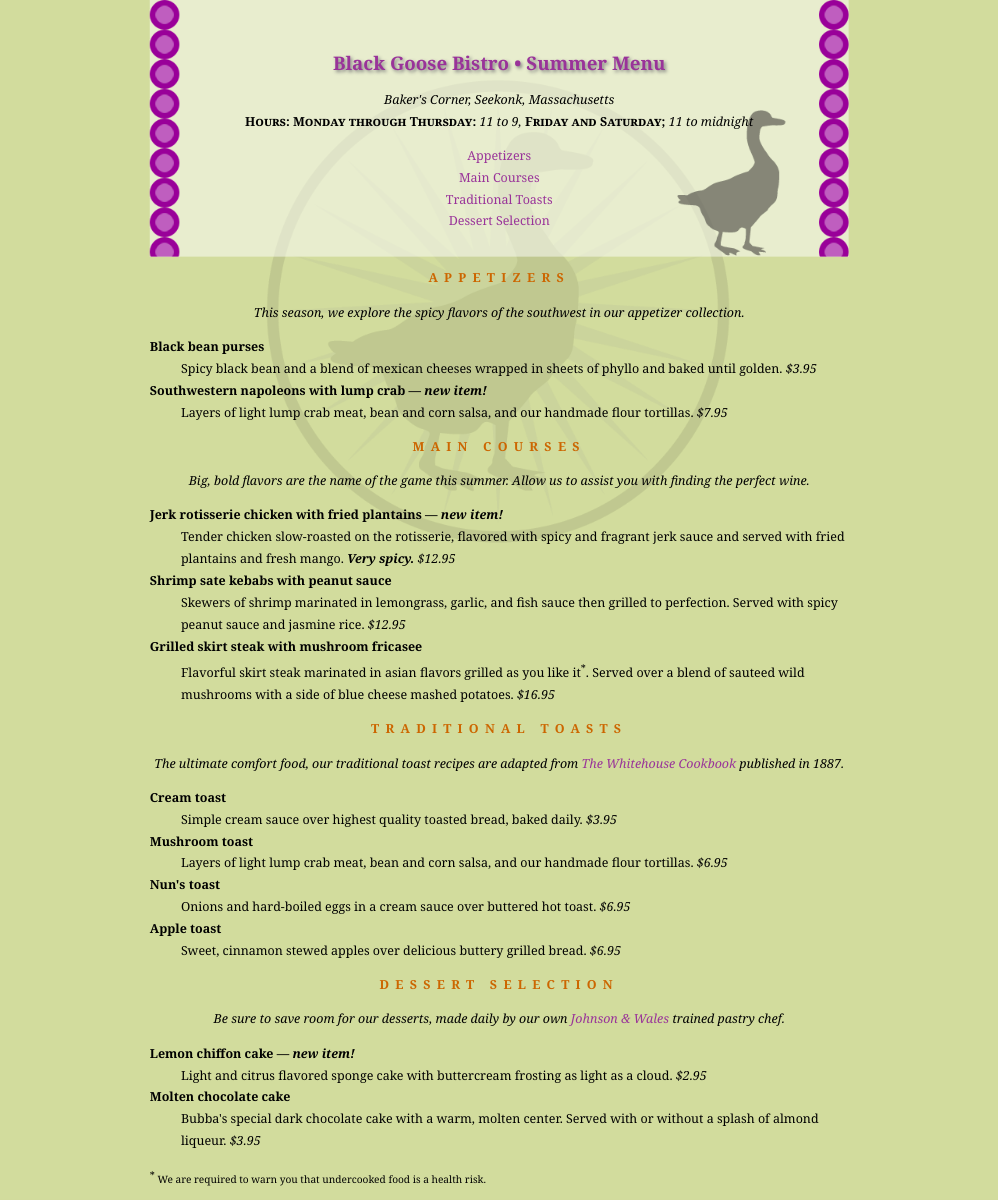
Repository: Colo-Codes/code-practice
Page: 02-css-practice-3.html
An editor plug-in stored every save of this project. The page is shown before and after the next save, followed by the edit.
The browser window is 1280 px wide. The pictures show the whole page, at 78% of full size.
Backgrounds fixed to the window are drawn as part of the page. Some web fonts or font styles are not loaded; a fallback is used.

Above is the page before, as saved 2021-05-10 12:46:41.

### 02-css-practice-3.html
<!DOCTYPE html >
<html>

<head>
<meta charset="utf-8">
<title>Black Goose Bistro Summer Menu</title>
<link href='http://fonts.googleapis.com/css?family=Marko+One' rel='stylesheet' type='text/css'>
<style>
body {
  font-family: Georgia, serif;
  font-size: 100%;
  line-height: 175%;
  margin: 0 15% 0;
  /* background-color: #d2dc9d; */
  /* background-image: url(./assets/img/bullseye.png);
  background-position: center 200px; */
  /* background-image: url(./assets/img/blackgoose.png);
  background-repeat: no-repeat;
  background-position: center 100px;
  background-attachment: fixed; */
  background: url(./assets/img/blackgoose.png) no-repeat center 100px fixed #d2dc9d;
}
header {
  margin-top: 0;
  padding: 3em 1em 2em 1em;
  text-align: center;
  /* background-color: rgba(255, 255, 255, .5);
  background-image: url(./assets/img/purpledot.png);
  background-repeat: space no-repeat;
  background-position: center top; */
  /* background: url(./assets/img/purpledot.png) space no-repeat center top rgba(255, 255, 255, .5); */
  background: url(./assets/img/purpledot.png) center top repeat-x; /* Fallback */
  background:
    url(./assets/img/purpledot.png) left top repeat-y,
    url(./assets/img/purpledot.png) right top repeat-y,
    url(./assets/img/goose_shadow.png) 90% bottom no-repeat;
  background-color: rgba(255, 255, 255, .5);
}

/* For link, the order is important */
a {
  text-decoration: none;
  color: #939;
}
a:visited {
  color: #937393;
}
a:focus {
  color: #c700f2;
  background-color: #fff;
}
a:hover {
  color: #c700f2;
  background-color: #fff;
}
a:active {
  color: #f0f;
  background-color: rgba(255, 255, 255, .5);
}


h1 {
  font: bold 1.5em Georgia, serif;
  text-shadow: .1em .1em .2em gray;
  color: #939;
}
h2 {
  font-size: 1em;
  text-transform: uppercase;
  letter-spacing: .5em;
  text-align: center;
  color: #c60;
}
dt {
  font-weight: bold;
}
strong {
  font-style: italic;
}
ul {
	list-style-type: none;
	margin: 0;
	padding: 0;
}
#info p {
  font-style: italic;
}
.price {
  font-family: Georgia, serif;
  font-style: italic;
}
p.warning, sup {
  font-size: small;
}
.label {
  font-weight: bold;
  font-variant: small-caps;
  font-style: normal;
}

h2 + p {
  text-align: center;
  font-style: italic;
}


</style>
</head>

<body>

<header>
<h1>Black Goose Bistro &bull; Summer Menu</h1>

<div id="info">
<p>Baker's Corner, Seekonk, Massachusetts<br>
<span class="label">Hours: Monday through Thursday:</span> 11 to 9, <span class="label">Friday and Saturday;</span> 11 to midnight</p>
<ul>
<li><a href="#appetizers">Appetizers</a></li>
<li><a href="#entrees">Main Courses</a></li>
<li><a href="#toast">Traditional Toasts</a></li>
<li><a href="#dessert">Dessert Selection</a></li>
</ul>
</div>
</header>

<section id="appetizers">
<h2>Appetizers</h2>
<p>This season, we explore the spicy flavors of the southwest in our appetizer collection.</p>

<dl>
<dt>Black bean purses</dt>
<dd>Spicy black bean and a blend of mexican cheeses wrapped in sheets of phyllo and baked until golden. <span class="price">$3.95</span></dd>

<dt class="newitem">Southwestern napoleons with lump crab &mdash; <strong>new item!</strong></dt>
<dd>Layers of light lump crab meat, bean and corn salsa, and our handmade flour tortillas. <span class="price">$7.95</span></dd>
</dl>
</section>

<section id="entrees">

<h2>Main courses</h2>
<p>Big, bold flavors are the name of the game this summer. Allow us to assist you with finding the perfect wine.</p>


<dl>

<dt class="newitem">Jerk rotisserie chicken with fried plantains &mdash; <strong>new item!</strong></dt>
<dd>Tender chicken slow-roasted on the rotisserie, flavored with spicy and fragrant jerk sauce and served with fried plantains and fresh mango. <strong>Very spicy.</strong> <span class="price">$12.95</span></dd>

<dt>Shrimp sate kebabs with peanut sauce</dt>
<dd>Skewers of shrimp marinated in lemongrass, garlic, and fish sauce then grilled to perfection. Served with spicy peanut sauce and jasmine rice. <span class="price">$12.95</span></dd>

<dt>Grilled skirt steak with mushroom fricasee</dt>
<dd>Flavorful skirt steak marinated in asian flavors grilled as you like it<sup>*</sup>. Served over a blend of sauteed wild mushrooms with a side of blue cheese mashed potatoes. <span class="price">$16.95</span></dd>
</dl>

</section>

<section id="toast">
<h2>Traditional Toasts</h2>
<p>The ultimate comfort food, our traditional toast recipes are adapted from <a href="http://www.gutenberg.org/files/13923/13923-h/13923-h.htm"><cite>The Whitehouse Cookbook</cite></a> published in 1887.</p>

<dl>
<dt>Cream toast</dt>
<dd>Simple cream sauce over highest quality toasted bread, baked daily. <span class="price">$3.95</span></dd>

<dt>Mushroom toast</dt>
<dd>Layers of light lump crab meat, bean and corn salsa, and our handmade flour tortillas. <span class="price">$6.95</span></dd>

<dt>Nun's toast</dt>
<dd>Onions and hard-boiled eggs in a cream sauce over buttered hot toast. <span class="price">$6.95</span></dd>

<dt>Apple toast</dt>
<dd>Sweet, cinnamon stewed apples over delicious buttery grilled bread. <span class="price">$6.95</span></dd>
</dl>
</section>

<section id="dessert">
<h2>Dessert Selection</h2>
<p>Be sure to save room for our desserts, made daily by our own <a href="http://www.jwu.edu/college.aspx?id=19510">Johnson & Wales</a> trained pastry chef.</p>

<dl>
<dt class="newitem">Lemon chiffon cake &mdash; <strong>new item!</strong></dt>
<dd>Light and citrus flavored sponge cake with buttercream frosting as light as a cloud. <span class="price">$2.95</span></dd>

<dt class="newitem">Molten chocolate cake</dt>
<dd>Bubba's special dark chocolate cake with a warm, molten center. Served with or without a splash of almond liqueur. <span class="price">$3.95</span></dd>
</dl>
</section>

<footer>
<p class="warning"><sup>*</sup> We are required to warn you that undercooked food is a health risk.</p>
</footer>

</body>
</html>

### css/stylesheet.css
body {
    font-family: Georgia, serif;
    font-size: 100%;
    line-height: 175%;
    margin: 0 15% 0;
    /* background-color: #d2dc9d; */
    /* background-image: url(./assets/img/bullseye.png);
    background-position: center 200px; */
    /* background-image: url(./assets/img/blackgoose.png);
    background-repeat: no-repeat;
    background-position: center 100px;
    background-attachment: fixed; */
    background: url(./assets/img/blackgoose.png) no-repeat center 100px fixed #d2dc9d;
  }
  header {
    margin-top: 0;
    padding: 3em 1em 2em 1em;
    text-align: center;
    /* background-color: rgba(255, 255, 255, .5);
    background-image: url(./assets/img/purpledot.png);
    background-repeat: space no-repeat;
    background-position: center top; */
    /* background: url(./assets/img/purpledot.png) space no-repeat center top rgba(255, 255, 255, .5); */
    background: url(./assets/img/purpledot.png) center top repeat-x; /* Fallback */
    background:
      url(./assets/img/purpledot.png) left top repeat-y,
      url(./assets/img/purpledot.png) right top repeat-y,
      url(./assets/img/goose_shadow.png) 90% bottom no-repeat;
    background-color: rgba(255, 255, 255, .5);
  }

  /* For link, the order is important */
  a {
    text-decoration: none;
    color: #939;
  }
  a:visited {
    color: #937393;
  }
  a:focus {
    color: #c700f2;
    background-color: #fff;
  }
  a:hover {
    color: #c700f2;
    background-color: #fff;
  }
  a:active {
    color: #f0f;
    background-color: rgba(255, 255, 255, .5);
  }


  h1 {
    font: bold 1.5em Georgia, serif;
    text-shadow: .1em .1em .2em gray;
    color: #939;
  }
  h2 {
    font-size: 1em;
    text-transform: uppercase;
    letter-spacing: .5em;
    text-align: center;
    color: #c60;
  }
  dt {
    font-weight: bold;
  }
  strong {
    font-style: italic;
  }
  ul {
      list-style-type: none;
      margin: 0;
      padding: 0;
  }
  #info p {
    font-style: italic;
  }
  .price {
    font-family: Georgia, serif;
    font-style: italic;
  }
  p.warning, sup {
    font-size: small;
  }
  .label {
    font-weight: bold;
    font-variant: small-caps;
    font-style: normal;
  }

  h2 + p {
    text-align: center;
    font-style: italic;
  }

After the next save:
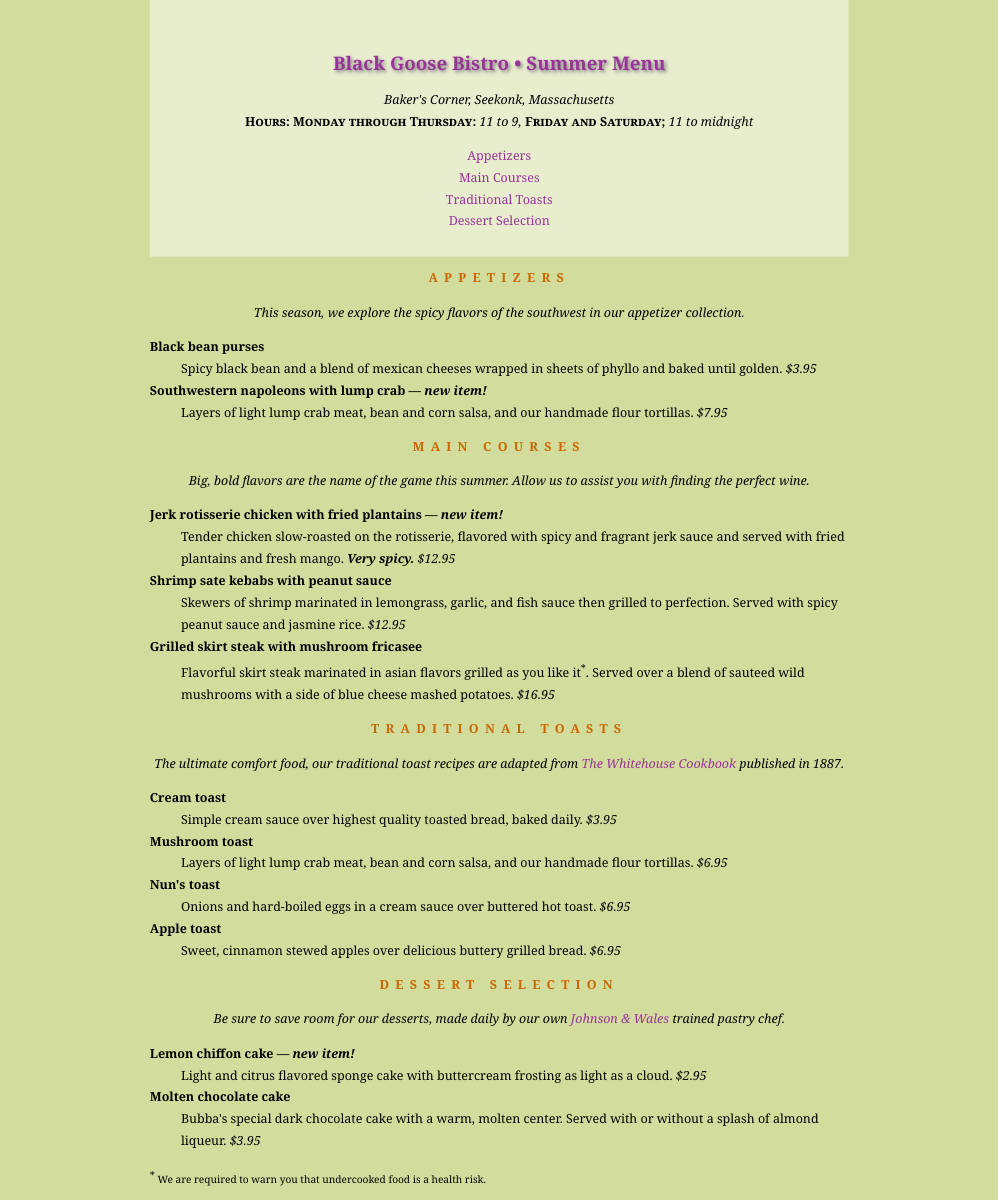
Not found: css/assets/img/blackgoose.png
Not found: css/assets/img/goose_shadow.png
Not found: css/assets/img/purpledot.png
Saved 44 s later.
--- a/02-css-practice-3.html
+++ b/02-css-practice-3.html
@@ -6,104 +6,7 @@
 <title>Black Goose Bistro Summer Menu</title>
 <link href='http://fonts.googleapis.com/css?family=Marko+One' rel='stylesheet' type='text/css'>
 <style>
-body {
-  font-family: Georgia, serif;
-  font-size: 100%;
-  line-height: 175%;
-  margin: 0 15% 0;
-  /* background-color: #d2dc9d; */
-  /* background-image: url(./assets/img/bullseye.png);
-  background-position: center 200px; */
-  /* background-image: url(./assets/img/blackgoose.png);
-  background-repeat: no-repeat;
-  background-position: center 100px;
-  background-attachment: fixed; */
-  background: url(./assets/img/blackgoose.png) no-repeat center 100px fixed #d2dc9d;
-}
-header {
-  margin-top: 0;
-  padding: 3em 1em 2em 1em;
-  text-align: center;
-  /* background-color: rgba(255, 255, 255, .5);
-  background-image: url(./assets/img/purpledot.png);
-  background-repeat: space no-repeat;
-  background-position: center top; */
-  /* background: url(./assets/img/purpledot.png) space no-repeat center top rgba(255, 255, 255, .5); */
-  background: url(./assets/img/purpledot.png) center top repeat-x; /* Fallback */
-  background:
-    url(./assets/img/purpledot.png) left top repeat-y,
-    url(./assets/img/purpledot.png) right top repeat-y,
-    url(./assets/img/goose_shadow.png) 90% bottom no-repeat;
-  background-color: rgba(255, 255, 255, .5);
-}
-
-/* For link, the order is important */
-a {
-  text-decoration: none;
-  color: #939;
-}
-a:visited {
-  color: #937393;
-}
-a:focus {
-  color: #c700f2;
-  background-color: #fff;
-}
-a:hover {
-  color: #c700f2;
-  background-color: #fff;
-}
-a:active {
-  color: #f0f;
-  background-color: rgba(255, 255, 255, .5);
-}
-
-
-h1 {
-  font: bold 1.5em Georgia, serif;
-  text-shadow: .1em .1em .2em gray;
-  color: #939;
-}
-h2 {
-  font-size: 1em;
-  text-transform: uppercase;
-  letter-spacing: .5em;
-  text-align: center;
-  color: #c60;
-}
-dt {
-  font-weight: bold;
-}
-strong {
-  font-style: italic;
-}
-ul {
-	list-style-type: none;
-	margin: 0;
-	padding: 0;
-}
-#info p {
-  font-style: italic;
-}
-.price {
-  font-family: Georgia, serif;
-  font-style: italic;
-}
-p.warning, sup {
-  font-size: small;
-}
-.label {
-  font-weight: bold;
-  font-variant: small-caps;
-  font-style: normal;
-}
-
-h2 + p {
-  text-align: center;
-  font-style: italic;
-}
-
-
+  @import url(./css/stylesheet.css);
 </style>
 </head>
 

After the save that followed:
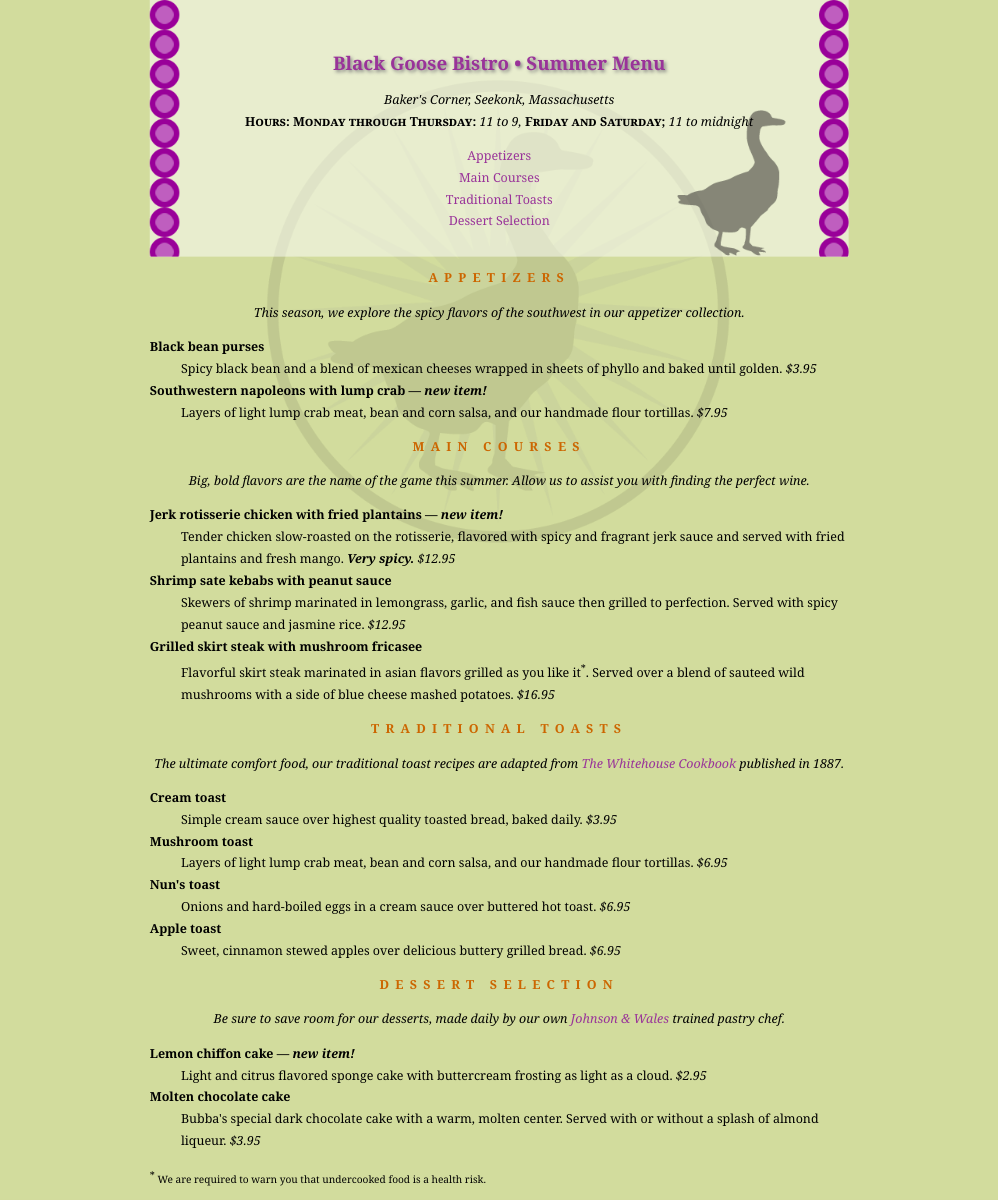
Saved 44 s later.
--- a/css/stylesheet.css
+++ b/css/stylesheet.css
@@ -4,28 +4,28 @@ body {
     line-height: 175%;
     margin: 0 15% 0;
     /* background-color: #d2dc9d; */
-    /* background-image: url(./assets/img/bullseye.png);
+    /* background-image: url(../assets/img/bullseye.png);
     background-position: center 200px; */
-    /* background-image: url(./assets/img/blackgoose.png);
+    /* background-image: url(../assets/img/blackgoose.png);
     background-repeat: no-repeat;
     background-position: center 100px;
     background-attachment: fixed; */
-    background: url(./assets/img/blackgoose.png) no-repeat center 100px fixed #d2dc9d;
+    background: url(../assets/img/blackgoose.png) no-repeat center 100px fixed #d2dc9d;
   }
   header {
     margin-top: 0;
     padding: 3em 1em 2em 1em;
     text-align: center;
     /* background-color: rgba(255, 255, 255, .5);
-    background-image: url(./assets/img/purpledot.png);
+    background-image: url(../assets/img/purpledot.png);
     background-repeat: space no-repeat;
     background-position: center top; */
-    /* background: url(./assets/img/purpledot.png) space no-repeat center top rgba(255, 255, 255, .5); */
-    background: url(./assets/img/purpledot.png) center top repeat-x; /* Fallback */
+    /* background: url(../assets/img/purpledot.png) space no-repeat center top rgba(255, 255, 255, .5); */
+    background: url(../assets/img/purpledot.png) center top repeat-x; /* Fallback */
     background:
-      url(./assets/img/purpledot.png) left top repeat-y,
-      url(./assets/img/purpledot.png) right top repeat-y,
-      url(./assets/img/goose_shadow.png) 90% bottom no-repeat;
+      url(../assets/img/purpledot.png) left top repeat-y,
+      url(../assets/img/purpledot.png) right top repeat-y,
+      url(../assets/img/goose_shadow.png) 90% bottom no-repeat;
     background-color: rgba(255, 255, 255, .5);
   }
 
